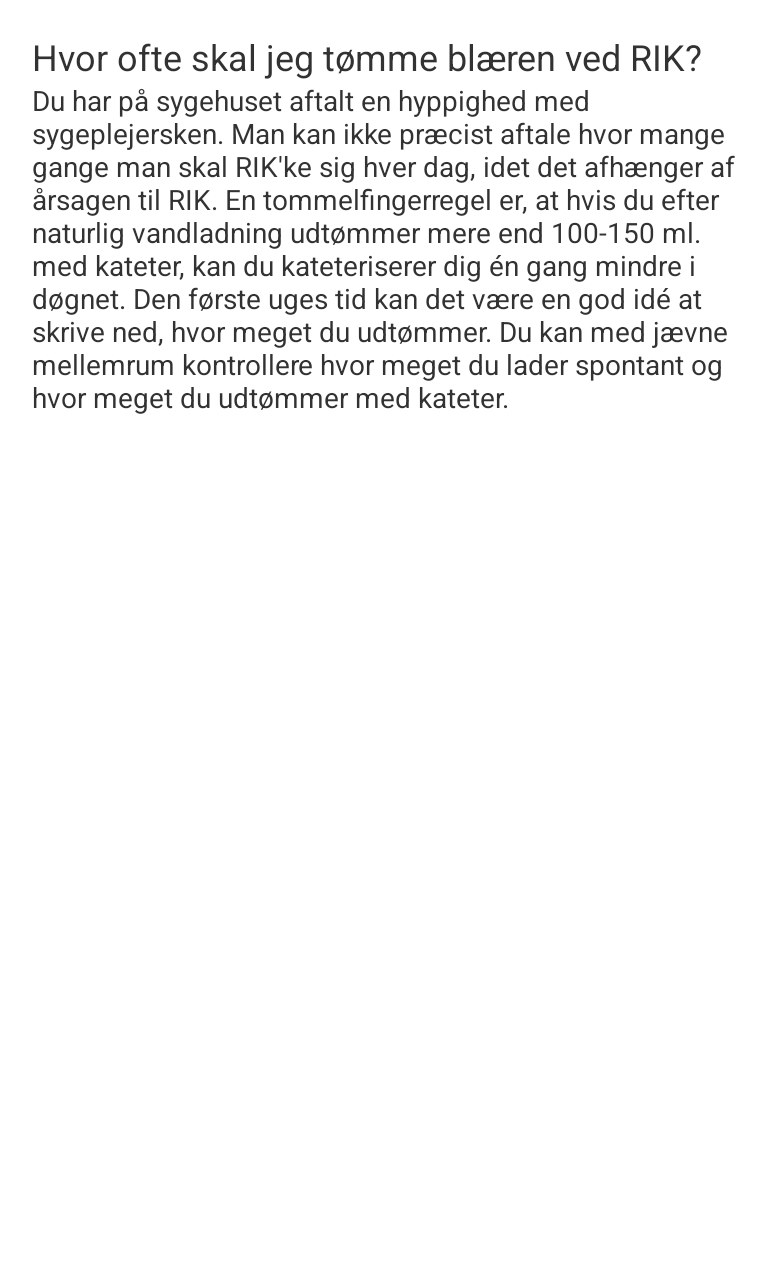
Repository: KingApollo/RIKapp2
Layout: RIKapp/res/layout/activity_information.xml
The author's editor kept a copy of each file at every save. The layout is drawn from the files as they stood at one save, then again after the next save.
It is drawn on a 768 x 1280 px phone screen (xhdpi) without system bars, with theme android:Theme.Light.NoTitleBar; the app's code is not run.

Above is the layout before, as saved 2014-10-08 11:06:17.

### RIKapp/res/layout/activity_information.xml
<RelativeLayout xmlns:android="http://schemas.android.com/apk/res/android"
    xmlns:tools="http://schemas.android.com/tools"

    android:layout_width="match_parent"
    android:layout_height="match_parent"
    android:paddingBottom="@dimen/activity_vertical_margin"
    android:paddingLeft="@dimen/activity_horizontal_margin"
    android:paddingRight="@dimen/activity_horizontal_margin"
    android:paddingTop="@dimen/activity_vertical_margin"
    tools:context="dk.ucn.datamatiker.rikapp.Information" >



    <!-- Clickable title -->
<TextView   android:id="@+id/help_title_gest"
            android:text="@string/howOftenQuestion"
            android:textSize="18sp"
            android:clickable="true"
            android:onClick="toggle_contents"
            android:layout_width="wrap_content"
            android:layout_height="wrap_content"/>

<!--content to hide/show -->

<TextView
    android:id="@+id/txt_help_gest"
    android:layout_width="wrap_content"
    android:layout_height="wrap_content"
    android:layout_alignLeft="@+id/help_title_gest"
    android:layout_below="@+id/help_title_gest"
    android:text="@string/howOftenAnswer" />

</RelativeLayout>

### RIKapp/res/values/strings.xml
<?xml version="1.0" encoding="utf-8"?>
<resources>

    <string name="app_name">RIKapp</string>
    <string name="hello_world">Hello world!</string>
    <string name="action_settings">Settings</string>
    <string name="title_activity_hyg">Hyg</string>
    <string name="hygiejne_btn">Hygiejne</string>
    <string name="maaling_btn">Måling</string>
    <string name="title_activity_maalinger">Maalinger</string>
    <string name="skema_btn">Skema</string>
    <string name="title_activity_skema">Skema</string>
    <string name="title_activity_information">Information</string>
    <string name="howOftenAnswer">"Du har på sygehuset aftalt en hyppighed med sygeplejersken. Man kan ikke præcist aftale hvor mange gange man skal RIK'ke sig hver dag, idet det afhænger af årsagen til RIK. En tommelfingerregel er, at hvis du efter naturlig vandladning udtømmer mere end 100-150 ml. med kateter, kan du kateteriserer dig én gang mindre i døgnet. Den første uges tid kan det være en god idé at skrive ned, hvor meget du udtømmer. Du kan med jævne mellemrum kontrollere hvor meget du lader spontant og hvor meget du udtømmer med kateter."</string>
    <string name="howOftenQuestion">Hvor ofte skal jeg tømme blæren ved RIK?</string>

</resources>

Loaded but not shown: RIKapp/res/values/dimens.xml (common file); RIKapp/res/values-w820dp/dimens.xml (common file)

After the next save:
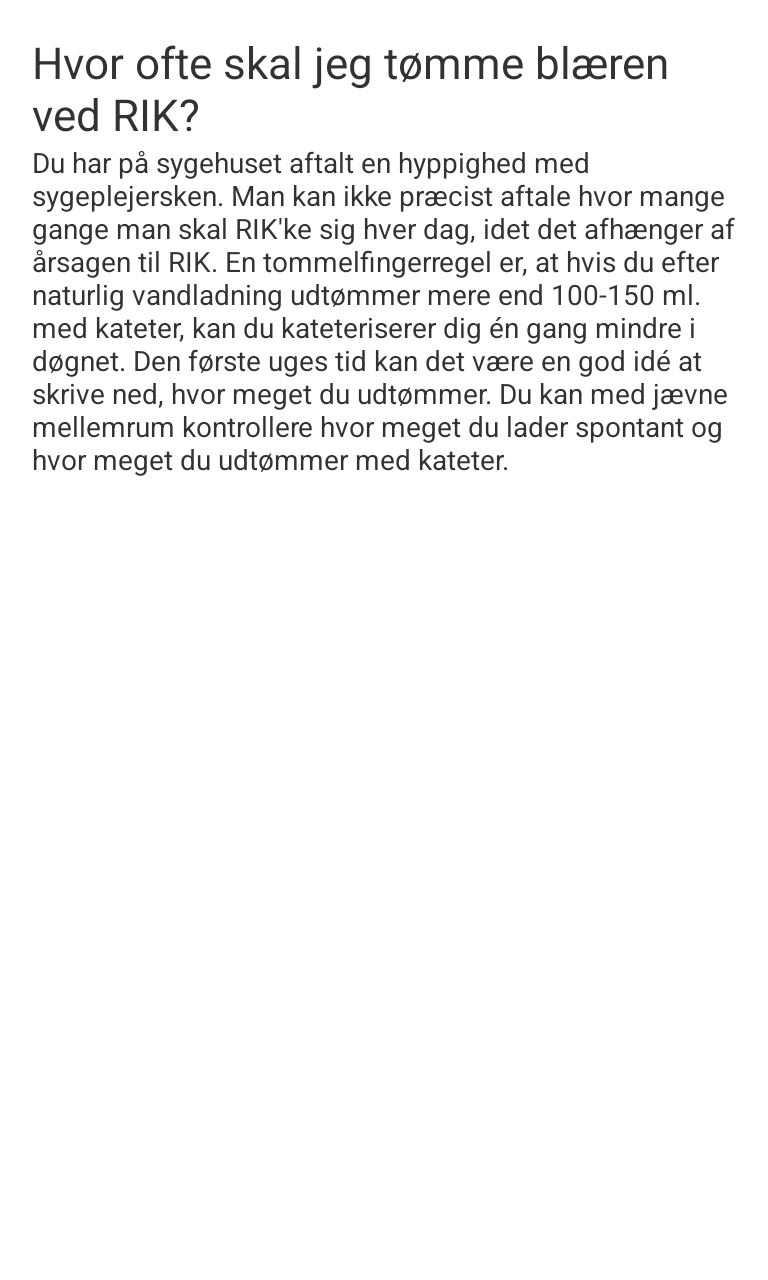
Saved 42 s later.
--- a/RIKapp/res/layout/activity_information.xml
+++ b/RIKapp/res/layout/activity_information.xml
@@ -14,7 +14,7 @@
     <!-- Clickable title -->
 <TextView   android:id="@+id/help_title_gest"
             android:text="@string/howOftenQuestion"
-            android:textSize="18sp"
+            android:textSize="22sp"
             android:clickable="true"
             android:onClick="toggle_contents"
             android:layout_width="wrap_content"
